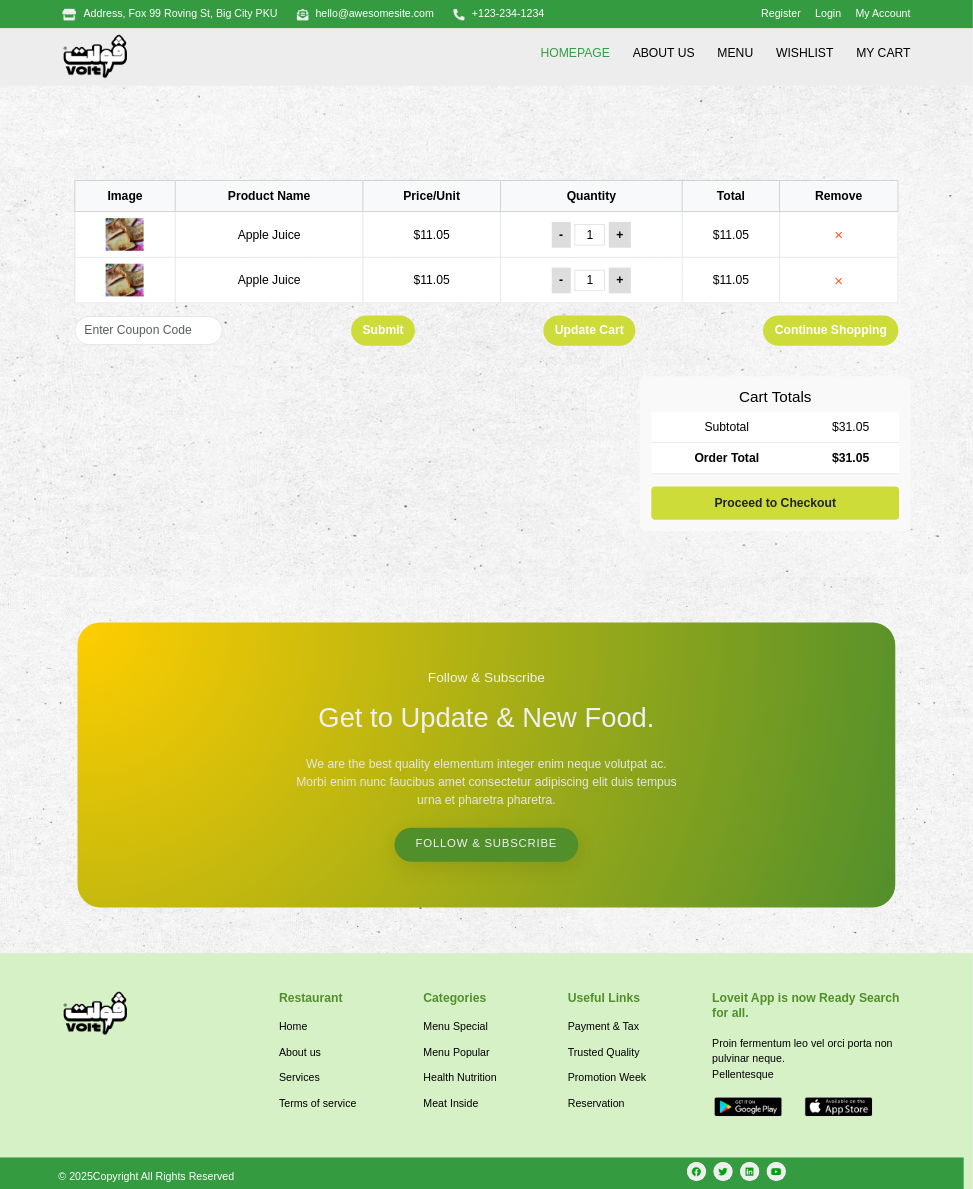
Repository: junivig/volt-new-project
Page: checkout.html
An editor plug-in stored every save of this project. The page is shown before and after the next save, followed by the edit.
The browser window is 1280 px wide. The pictures show the whole page, at 76% of full size.

Above is the page before, as saved 2025-01-31 18:06:56.

After the next save:
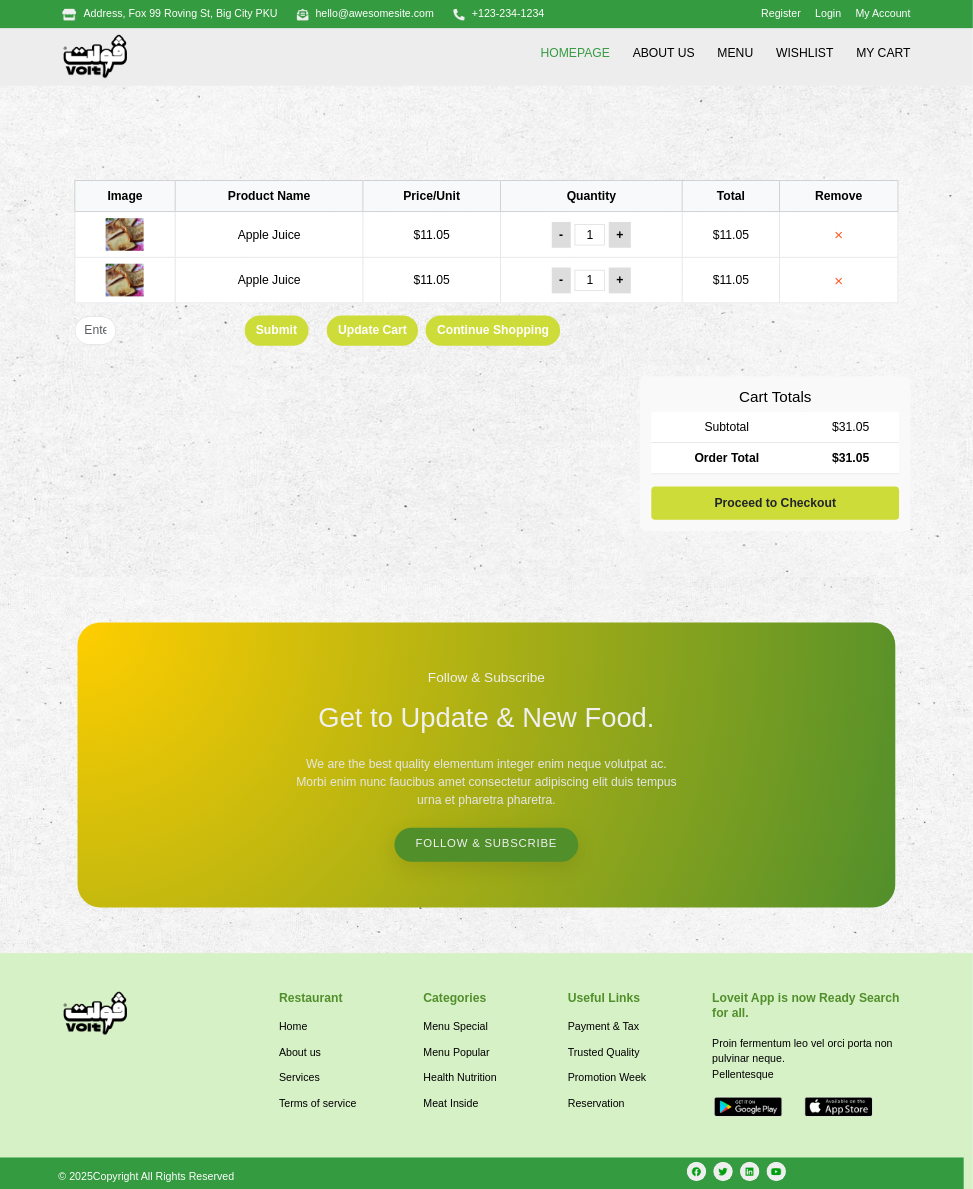
Saved 110 s later.
--- a/checkout.html
+++ b/checkout.html
@@ -163,10 +163,22 @@
 
                             <!-- Coupon Code Section -->
                             <div class="d-flex justify-content-between align-items-center">
-                                <input type="text" class="form-control coupon-code" placeholder="Enter Coupon Code">
-                                <button class="btn btn-custom">Submit</button>
-                                <button class="btn btn-custom">Update Cart</button>
-                                <button class="btn btn-custom">Continue Shopping</button>
+                                <div class="row">
+                                    <div class="col-lg-6 col-md-6 col-sm-12">
+                                        <div class="d-flex justify-content-between align-items-center">
+                                            <input type="text" class="form-control coupon-code" placeholder="Enter Coupon Code">
+                                             <button class="btn btn-custom">Submit</button>
+                                        </div>
+                                    </div>
+                                    <div class="col-lg-6 col-md-6 col-sm-12">
+                                        <div class="d-flex justify-content-between align-items-center">
+                                            <button class="btn btn-custom">Update Cart</button>
+                                            <button class="btn btn-custom">Continue Shopping</button>
+                                        </div>
+                                    </div>
+                                </div>
+
+
                             </div>
                         </div>
                     </div>
